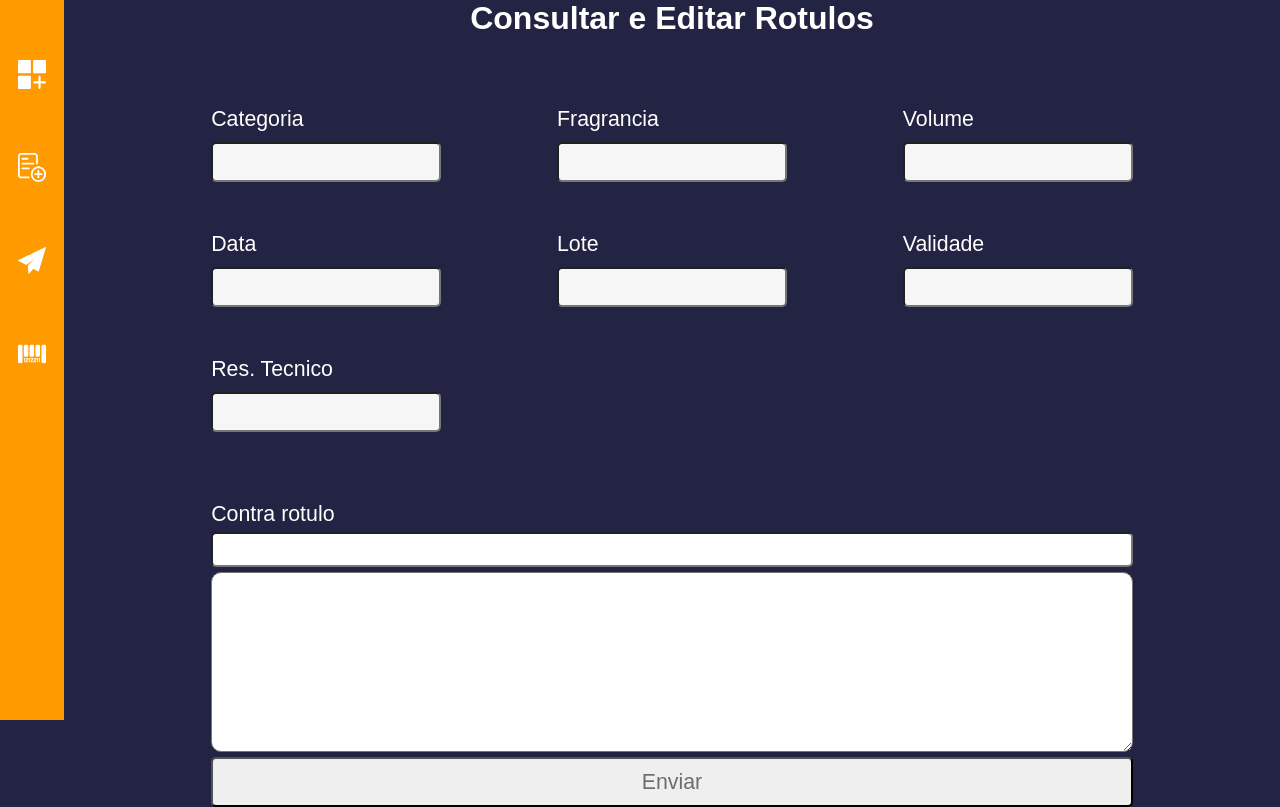
Repository: jeanjanrley/Organizador-de-rotulos
Page: /consultar
An editor plug-in stored every save of this project. The page is shown before and after the next save, followed by the edit.
The browser window is 1280 px wide. The pictures show the whole page.
The project was rebuilt for these pictures with package versions that can differ from the ones it lists, and the page was loaded fresh each time. Also part of the build but not shown: src/pages/home/Home.js.

Above is the page before, as saved 2021-06-26 15:45:18.

### src/index.js
import React from 'react';
import ReactDOM from 'react-dom';
import App from './App';
import reportWebVitals from './reportWebVitals';



ReactDOM.render(
  <React.StrictMode>
    <App />
  </React.StrictMode>,
  document.getElementById('root')
);
reportWebVitals();

### src/App.js
import {BrowserRouter, Route, Switch} from 'react-router-dom'
import './styles/global.scss'

import Home from './pages/home/Home'
import Consultar from './pages/consultar/index'

function App() {
  return (
    <BrowserRouter>
        <Switch>
          <Route path={'/'} exact component={Home}/>
          <Route path={'/consultar'}  component={Consultar}/>
        </Switch>
    </BrowserRouter>
  );
}

export default App;

### src/styles/global.scss
*{
    margin: 0;
    padding: 0;
    box-sizing: border-box;
    font-family: 'Poppins', sans-serif;
}

body{
    background: #232443;

}

.Page{
    display: flex;
}


h1, h2, h3, h4, h5, h6, p, span{
    color: #fff;
}

input{
    color: rgb(92, 92, 92);
}

a{
    text-decoration: none;
    color: #fff;
    font-size: 16pt;
}



main{
    display: flex;
    flex-direction: column;
    width: 95vw;
    height: 100%;
    justify-content: center;
    justify-items: center;
    align-content: center;
    align-items: center;

}

### src/pages/consultar/index.js
import React from 'react';
import Aside from '../../components/aside/index'
import Filter from '../../components/filter/index'

import '../home/styles.scss'


export default function Home(){
    return(
        <div className="Page">
            <Aside/>
            <main className="Home">

                <h1>Consultar e Editar Rotulos</h1>
                <div className="filterArea">
                    <Filter title="Categoria"/>
                    <Filter title="Fragrancia"/>
                    <Filter title="Volume"/>
                    <Filter title="Data"/>
                    <Filter title="Lote"/>
                    <Filter title="Validade"/>
                    <Filter title="Res. Tecnico"/>
                </div>

                <div className="contra-rotulo">
                    <span>Contra rotulo</span>

                    <input list="contra-rotulos" className="filter-rotulo"/>

                    <datalist id='contra-rotulos'>
                        <option value='Aromatizante - Cereja e aveia - 250 ml'/>
                    </datalist>

                    <textarea/>
                    <button onClick={() => alert('Enviado com sucesso!')} type="button">Enviar</button>
                </div>


            </main>
        </div>
    )
}

### src/components/aside/index.js
import React from 'react'
import {Link} from 'react-router-dom'
import './styles.scss'
import add from '../../assets/icons/add.svg'
import prancher from '../../assets/icons/prancher.svg'
import direct from '../../assets/icons/direct.svg'
import codigo from '../../assets/icons/codigo.svg'

export default function Aside() {
    return(
        <aside>
            <div className="add">
                    <img src={add} />
                <Link className="Link" to={'/'}>
                    N-R
                </Link>
                <Link className="Link" to={'/Consultar'}>
                    C-E
                </Link>
            </div>
            <div className="prancher">
                    <img src={prancher} />
                <Link className="Link" to={'/Home'}>
                    N-R
                </Link>
                <Link className="Link" to={'/Home'}>
                    C-E
                </Link>
            </div>
            <div className="direct">
                    <img src={direct} />
                <Link className="Link" to={'/Home'}>
                    N-R
                </Link>
                <Link className="Link" to={'/Home'}>
                    C-E
                </Link>
            </div>
            <div className="codigo">
                    <img src={codigo} />
                <Link className="Link" to={'/Home'}>
                    N-R
                </Link>
                <Link className="Link" to={'/Home'}>
                    C-E
                </Link>
            </div>
        </aside>
    )
}

### src/components/filter/index.js
import React from 'react'
import './styles.scss'

export default function(props){
    return(
        <div className="filter">
            <span>{props.title}</span>
            <input list={props.id} name={props.id} id={props.id}/>
            <datalist id={props.id}>
                <option value={props.value}/>
             </datalist>
        </div>
    )
}

### src/pages/home/styles.scss
.Home{
    gap: 70px;

    .filterArea{
        display: flex;
        flex-wrap: wrap;
        flex-direction: row;
        justify-content: space-between;
        gap: 50px;
        width: 72vw;

    }

    .contra-rotulo{
        display: flex;
        flex-direction: column;
        align-items: left;
        justify-content: left;
        gap: 5px;

        .filter-rotulo{
            width: 72vw;
            height: 35px;
            border-radius: 5px;

        }

        span {
            font-size: 16pt;
        }

        > textarea{
            width: 72vw;
            resize: vertical;
            min-height: 25vh;
            border-radius: 10px;

        }

        button{
            height: 50px;
            width: 72vw;
            border-radius: 5px;
            font-size: 16pt;
            color: #6D6D6D;
        }
    }
}

### src/components/aside/styles.scss
aside{
    padding-top: 50px;
    display: flex;
    flex-direction: column;

    align-items: center;
    justify-content: baseline;

    width: 5vw;
    height: 100vh;
    background: #FF9A00;

    > div{
        display: flex;
        flex-direction: column;
        align-items: center;
        width: 100%;
        margin-bottom: 30px;
        padding: 10px 0;
        transition: 0.5s;
        gap: 10px;



        img{
            width: 4vh;
            height: 4vh;
            margin-bottom: 2vh;
        }
        .Link{
            display: none,

        }
    }

    > div:hover{
        display: flex;
        flex-direction: column;
        align-items: center;
        width: 100%;
        margin-bottom: 40px;
        background: #CC7B00;
        padding: 10px 0;


        img{
            width: 4vh;
            height: 4vh;
            margin-bottom: 2vh;
        }
        .Link{
            display: flex;
        }
    }
}

### src/components/filter/styles.scss
.filter{
    display: flex;
    flex-direction: column;
    justify-items: left;
    gap: 10px;

    > span{
        font-size: 16pt;

    }

    > input {
        width: 230px;
        height: 40px;
        border-radius: 5px;
        background: #F6F6F6;
    }
}

Loaded but not shown: src/reportWebVitals.js (common file)

After the next save:
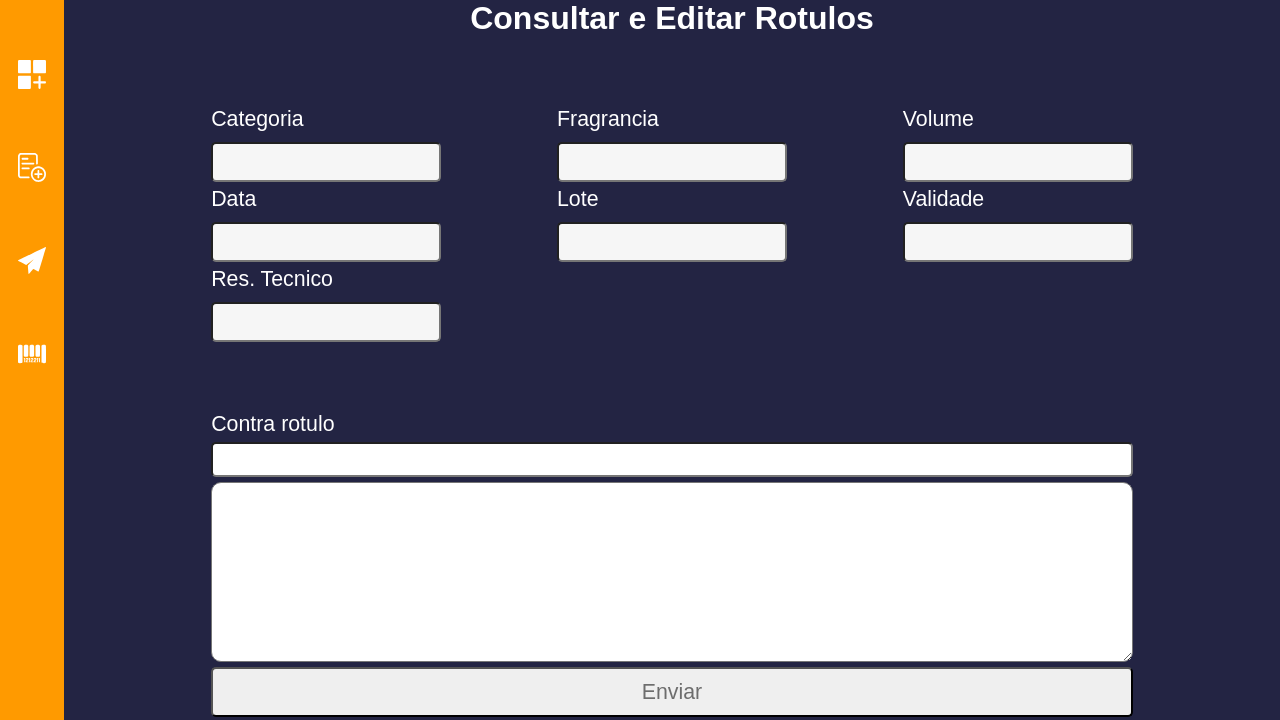
Saved 2 min 16 s later.
--- a/src/pages/home/styles.scss
+++ b/src/pages/home/styles.scss
@@ -6,7 +6,7 @@
         flex-wrap: wrap;
         flex-direction: row;
         justify-content: space-between;
-        gap: 50px;
+        gap: 5px;
         width: 72vw;
 
     }
